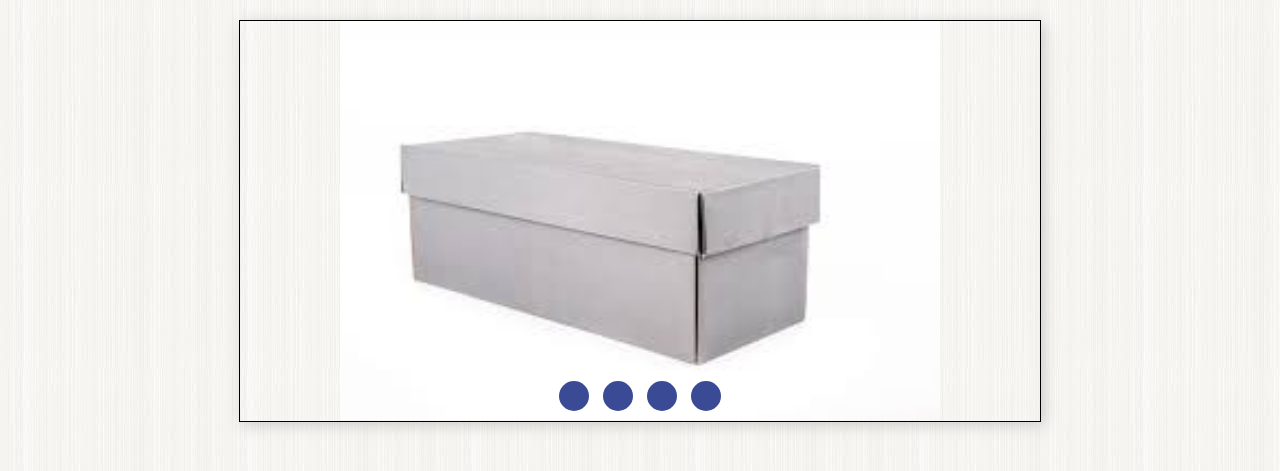
Repository: lauroPereira/study
Page: http://localhost/modules/home/home.php
These files come from the project's save history. The page is drawn as it stood at one moment and after the next save; the edit follows.
The browser window is 1280 px wide. The pictures show the whole page.
The page is run by PHP 8.4 with error messages shown; the project is at /var/www/html/.

Above is the page before, as saved 2016-06-14 05:07:14.

After the next save:
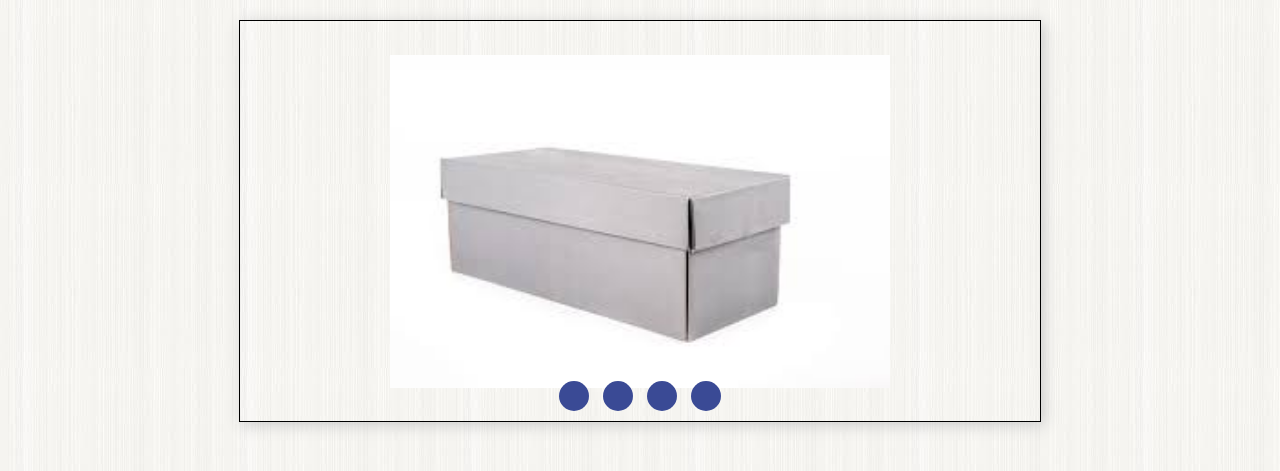
Saved 6 s later.
--- a/TrabalhoFinalWeb/css/home.css
+++ b/TrabalhoFinalWeb/css/home.css
@@ -9,7 +9,7 @@
 	vertical-align: bottom;
 	background-image: url("../../img/promo1.jpg");
 	background-repeat: no-repeat;
-	background-size: 600px;
+	background-size: 500px;
 	background-position: center;
 
 }
